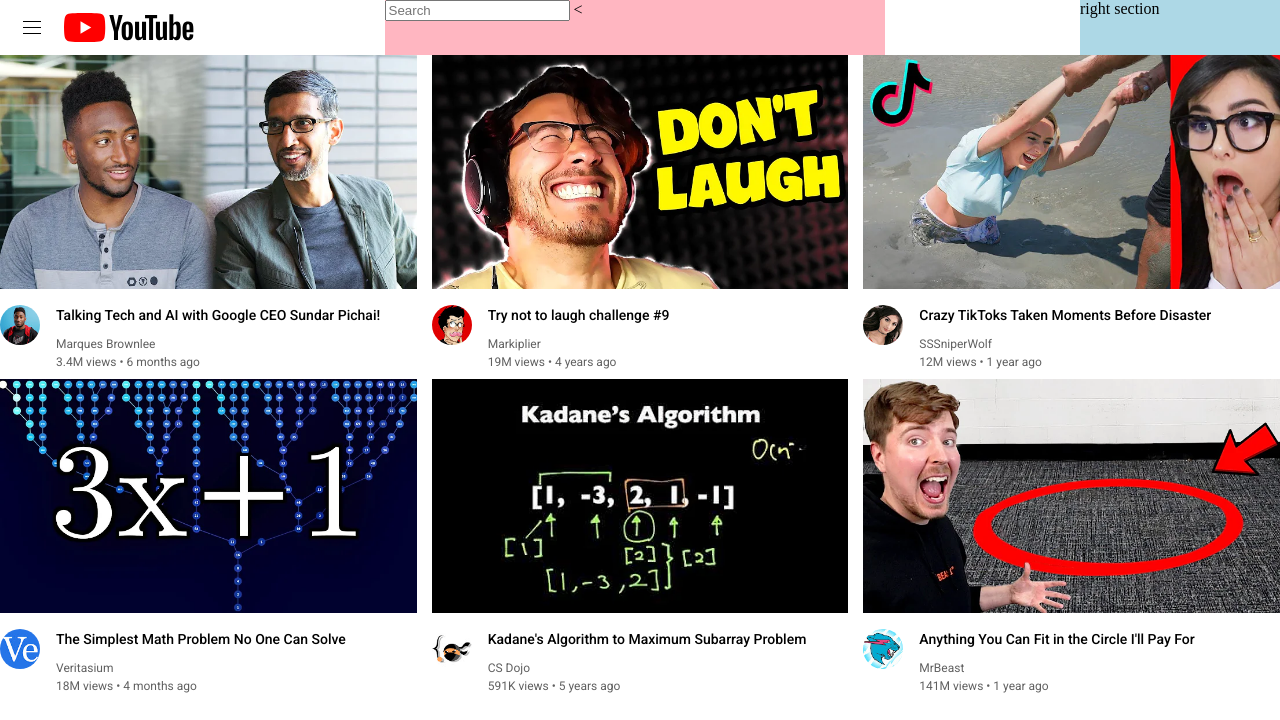
Repository: idahcarts-ux/html-css
Page: youtube.html
These files come from the project's save history. The page is drawn as it stood at one moment and after the next save; the edit follows.
The browser window is 1280 px wide. The pictures show the whole page.

Above is the page before, as saved 2025-11-19 16:59:21.

After the next save:
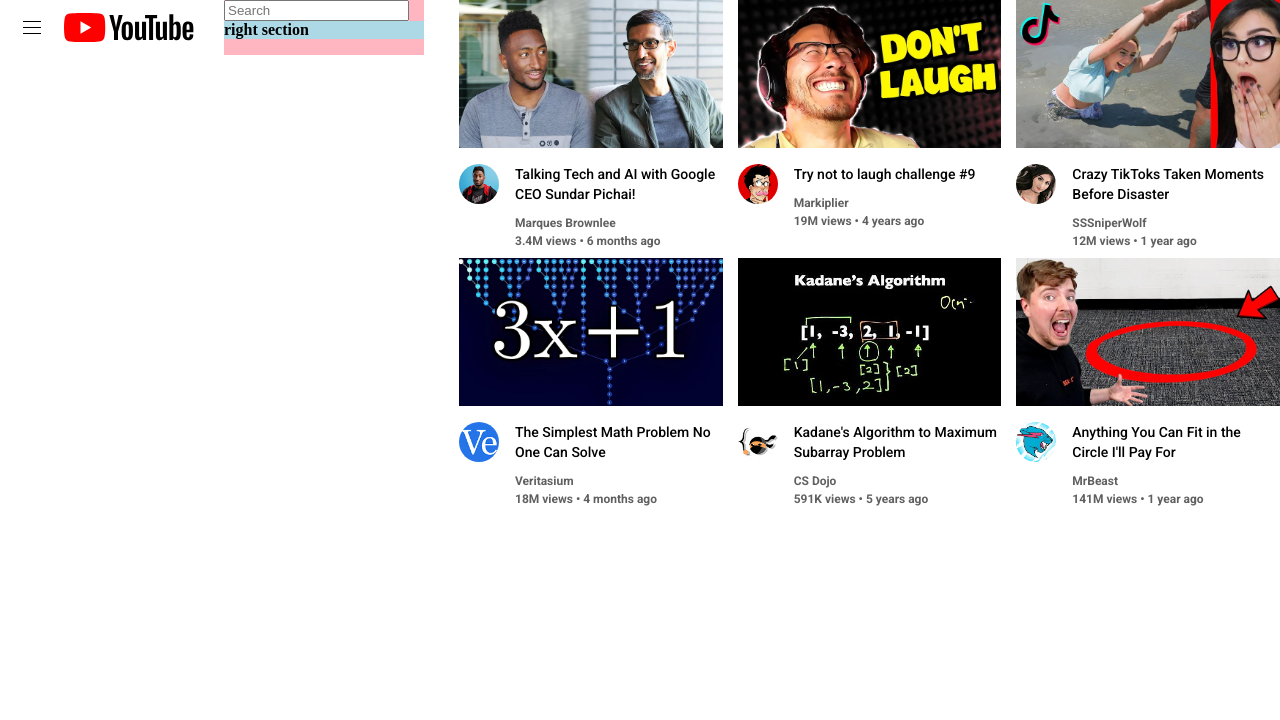
Saved 6 s later.
--- a/youtube.html
+++ b/youtube.html
@@ -21,7 +21,7 @@
     </div>
     <div class="middle-section">
       <input class="search-bar" type="text" placeholder="Search">
-    <
+    <b
     </div>
     <div class="right-section">
       right section

After the 2 saves that followed:
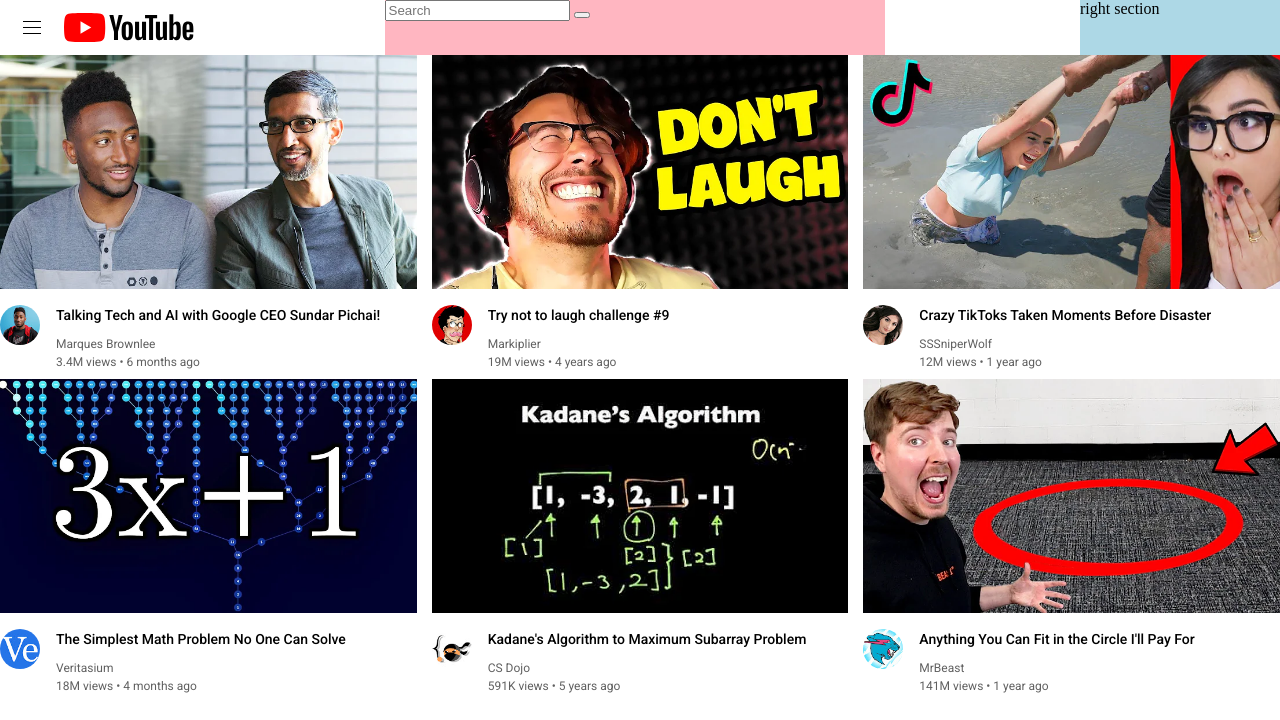
The 2 saves are shown as one change because they came seconds apart.
The last was saved 6 s later.
--- a/youtube.html
+++ b/youtube.html
@@ -21,7 +21,7 @@
     </div>
     <div class="middle-section">
       <input class="search-bar" type="text" placeholder="Search">
-    <b
+    <button></button>
     </div>
     <div class="right-section">
       right section
